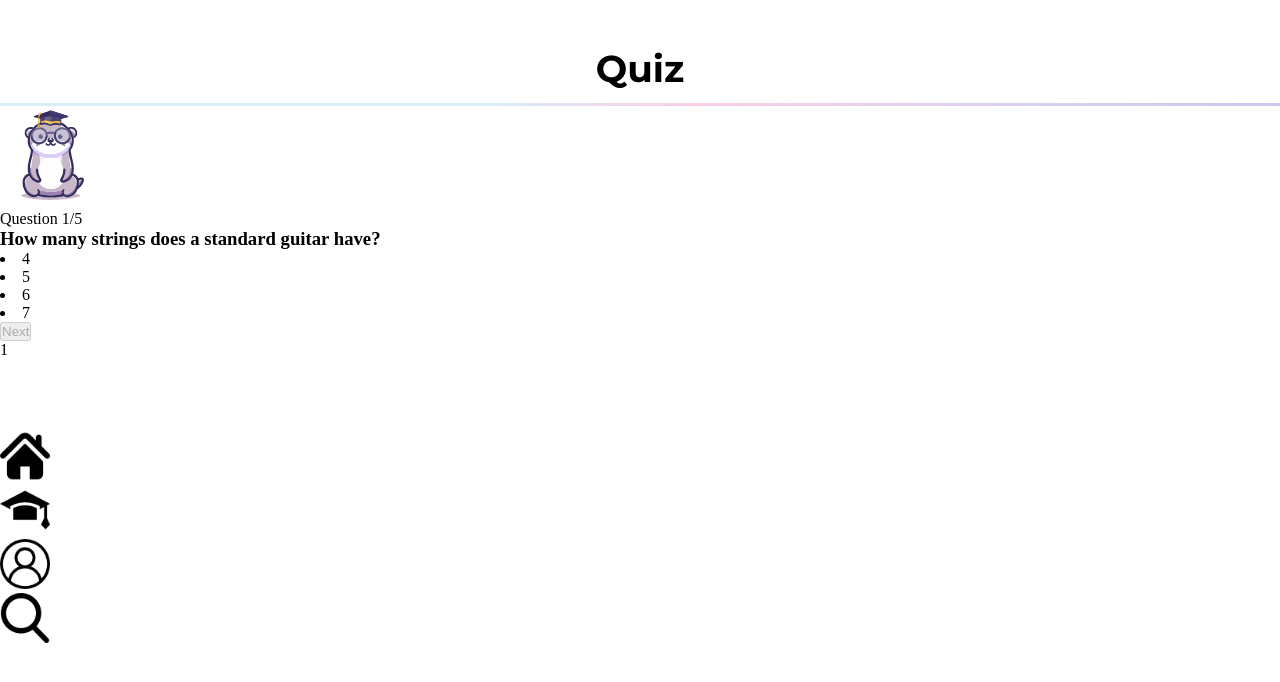
Repository: 1medi/pocketprof
Page: /quiz/page
These files come from the project's save history. The page is drawn as it stood at one moment and after the next save; the edit follows.
The browser window is 1280 px wide. The pictures show the whole page.
The project was rebuilt for these pictures with package versions that can differ from the ones it lists, and the page was loaded fresh each time. The framework's server and built-in components were replaced by stand-ins that run in the browser. Also part of the build but not shown: next.config.mjs, Components/Buttons/Oscar/Oscar.module.css, Components/Buttons/Oscar/index.js.

Above is the page before, as saved 2024-04-14 06:33:36.

### pages/quiz/page.jsx
'use client';
import React, { useState, useRef, useEffect } from 'react';
import { quiz } from "../data"
import styles from "./page.module.css"
import { Montserrat } from "next/font/google"
import Header from '@/Components/Header';
import NavBar from "@/Components/Navbar"
import Image from 'next/image';


const notoSans = Montserrat({
  subsets: ['latin'],
});

export default function Page() {
  const [activeQuestion, setActiveQuestion] = useState(0);
  const [selectedAnswer, setSelectedAnswer] = useState('');
  const [checked, setChecked] = useState(false);
  const [selectedAnswerIndex, setSelectedAnswerIndex] = useState(null);
  const [showResult, setShowResult] = useState(false);
  const [result, setResult] = useState({
    score: 0,
    correctAnswers: 0,
    wrongAnswers: 0,
  });
  const [progress, setProgress] = useState(0);

  const nextButtonRef = useRef(null);

  const { questions } = quiz;
  const { answers, correctAnswer } = questions[activeQuestion];

  const onAnswerSelected = (answer, idx, event = null) => {
    if (event && event.type === 'keydown' && (event.key !== 'Enter' && event.key !== ' ')) {
      return;
    }
    setChecked(true);
    setSelectedAnswerIndex(idx);
    if (answer === correctAnswer) {
      setSelectedAnswer(true);
      console.log('true');
    } else {
      setSelectedAnswer(false);
      console.log('false');
    }
  };


  useEffect(() => {
    if (checked && nextButtonRef.current) {
      nextButtonRef.current.focus();
    }
  }, [checked]);

  const nextQuestion = () => {
    setProgress((prevProgress) => (prevProgress + 1) % 5); // Change 5 to the total number of nested divs
    setSelectedAnswerIndex(null);
    setResult((prev) =>
      selectedAnswer
        ? {
            ...prev,
            score: prev.score + 5,
            correctAnswers: prev.correctAnswers + 1,
          }
        : {...prev,
            wrongAnswers: prev.wrongAnswers + 1,
          }
    );
    if (activeQuestion !== questions.length - 1) {
      setActiveQuestion((prev) => prev + 1);
    } else {
      setActiveQuestion(0);
      setShowResult(true);
    }
    setChecked(false);
  };

  return (
    <>
    <Header name="Quiz"/>
      <div className={`${styles.container}`}>
      <div className={styles.oscarBox}>
    <Image
      priority
      src="/img/oscar/oscar-main.svg"
      width="100"
      height="100"
      alt="oscar"
      className={styles.oscar}
    />
    {!showResult && (
      <div className={styles.activeQ}>
        Question {activeQuestion + 1}
        <span>/{questions.length}</span>
      </div>
    )}
  </div>
    </div>
      <div>
        {!showResult ? (
          <div className={styles.quizContainer}>
            <h3 className={styles.question}>{questions[activeQuestion].question}</h3>
            {answers.map((answer, idx) => (
              <li
                key={idx}
                onClick={() => onAnswerSelected(answer, idx)}
                onKeyDown={(event) => onAnswerSelected(answer, idx, event)}
                className={`${styles.answerList} ${selectedAnswerIndex === idx ? styles.itemSelected : styles.itemHover}`}
                tabIndex={0}>
                <span>{answer}</span>
              </li>
            ))}

            <button
              ref={nextButtonRef}
              onClick={nextQuestion}
              className={checked ? styles.btn : styles.btnDisabled}
              tabIndex={2}
              disabled={!checked}>
              {activeQuestion === questions.length - 1 ? 'Finish' : 'Next'}
            </button>
          </div>
        ) : (
          <div className={styles.quizContainer}>
            <div className={styles.result}><h3 className={styles.hthree}>Results</h3></div>
            <div><h2 className={styles.htwo}>Overall {(result.score / (questions.length * 5)) * 100}%</h2></div>
            <div className={styles.resultBox}>
              <p className={styles.paragraph}>
              Total Questions: <span>{questions.length}</span>
            </p>
            <p className={styles.paragraph}>
              Total Score: <span>{result.score}</span>
            </p>
            <p className={styles.paragraph}>
              Correct Answers: <span>{result.correctAnswers}</span>
            </p>
            <p className={styles.paragraph}>
              Wrong Answers: <span>{result.wrongAnswers}</span>
            </p>
            </div>
            <button className={styles.btn} onClick={() => window.location.reload()}>Restart</button>
          </div>
        )}
      </div>
      <div className={styles.progressBar}>
          <div className={styles.step} style={{ opacity: progress >= 0 ? 1 : 0 }}><p className={styles.barText}>1</p></div>
          <div className={styles.step} style={{ opacity: progress >= 1 ? 1 : 0 }}><p className={styles.barText}>2</p></div>
          <div className={styles.step} style={{ opacity: progress >= 2 ? 1 : 0 }}><p className={styles.barText}>3</p></div>
          <div className={styles.step} style={{ opacity: progress >= 3 ? 1 : 0 }}><p className={styles.barText}>4</p></div>
          <div className={styles.step} style={{ opacity: progress >= 4 ? 1 : 0 }}><p className={styles.barText}>5</p></div>
      </div>
    <NavBar/>
    </>

  );
};

### pages/api/chat-gpt/route.js
import { NextResponse } from "next/server";

export async function POST(request) {
  return NextResponse.json({
    name: "IT WORKS!!!",
  });
}

### styles/globals.css
:root {
background-color: white;
align-content: center;
--main-color-purple: #53239B;
--main-color-lightpurple: #CCBFED;
--secondary-color-blue: #9AB7F9;
--secondary-color-lightblue: #CCE3FB;

--font-header: 34pt ;
--font-section-header: 28pt;
--font-sub-header: 24pt;
--font-button: 16pt;
--font-body: 16pt;
--font-secondary: 14pt;
--font-tertiary:12pt;

--headings: "Montserrat", "sans-serif";;
--body-text: "Noto Sans", sans-serif;

}


* {
    padding: 0;
    margin: 0;
  }

  ol,
  ul {
    list-style: none;
  }

### pages/data.js
export const quiz = {
    totalQuestions: 5,
    questions: [
      {
        id: 1,
        question: 'How many strings does a standard guitar have?',
        answers: ['4', '5', '6', '7'],
        correctAnswer: '6',
      },
      {
        id: 2,
        question: 'Which part of the guitar do you strum or pluck the strings with?',
        answers: ['Headstock', 'Fretboard', 'Body', 'Bridge'],
        correctAnswer: 'Body',
      },
      {
        id: 3,
        question: 'What is a pick used for in playing the guitar?',
        answers: ['Holding the strings down', 'Strumming or plucking the strings', 'Keeping the guitar in tune', 'San Marino'],
        correctAnswer: 'Strumming or plucking the strings',
      },
      {
        id: 4,
        question: 'What is the name of the thickest string on the guitar?',
        answers: ['A string', 'E string', 'D string', 'G string'],
        correctAnswer: 'E string',
      },
      {
        id: 5,
        question: 'Where do you place your fingers to play different notes on the guitar?',
        answers: ['On the body', 'On the headstock', 'On the strings over the fretboard', 'On the tuning pegs'],
        correctAnswer: 'On the strings over the fretboard',
      },
    ],
  };

### pages/quiz/page.module.css

@media only screen and (max-width:431px) {
  .container{
  padding: 0;
  background-color: white;
  width: 95%;
  margin: auto;
  border-radius: 10px;
  font-size: var(--font-body);
  padding: 0;
}

.question{
  font-family: var(--body-text);
  font-size: var(--font-body);
  margin: 20px 10px;

}

.htwo {
  padding-bottom: 2rem;
  color: #000105;
  font-family: var(--headings);
  font-size: var(--font-sub-header);
}

.hthree {
  padding-bottom: 2rem;
  color: #000105;
  font-family: var(--headings);
  font-size: var(--font-sub-header);
  text-align: left;
}

.result{
  left:0;
  width:100%;
  border-bottom: 0.5px solid black;
  height: 40px;
  margin-bottom: 3rem;
}

.btn {
  padding: 16px 8px;
  width: 100%;
  margin-top: 12px;
  font-size: var(--font-button);
  border-radius: 5px;
  cursor: pointer;
  background-color: var(--main-color-purple);
  color: white;
  font-family: var(--headings);
  align-self: center;
}

.btnDisabled {
  background-color: lightgray;
  padding: 16px 8px;
  width: 100%;
  margin-top: 12px;
  font-size: var(--font-button);
  border-radius: 4px;
  color: darkgray;
  font-family: var(--headings);
}

.answerList {
  list-style-type: none;
  cursor: pointer;
  margin: 10px 50px;
  padding: 8px 15px;
  color: #000105;
  border: 1.5px solid lightgray;
  background-color: white;
  font-family: var(--body-text);
  font-size: var(--font-secondary);
  width: 70%;
}

.activeQ{
  margin: 5rem 12rem;
  position: absolute;
  top: 50%; /* center vertically */
  left: 50%; /* center horizontally */
  transform: translate(-50%, -50%); /* adjust precise centering */
  width: 100%;
  color: black;
  text-align: center;
  padding:10px;
  font-family: var(--headings);
  font-size: var(--font-sub-header)
}

.itemHover:hover {
  background-color: #CCBFED;
  columns: #fff;
}

.itemSelected {
  color: #474747;
  background-color:#8E71D5;
}

.quizContainer {
  background: linear-gradient(-10deg, #d9edf7 35%, rgba(237, 202, 216, 0) 50%, var(--main-color-lightpurple)), radial-gradient(circle, #ffcae1 0, #daeafc 100%);
  padding: 1rem;
  margin: 2rem 1rem;
  border-radius: 4px;
  display: flex;
  flex-direction: column;
  justify-content: center;
  align-items: center;

}

.paragraph {
  padding: 8px 0;
  font-size: var(--font-body);
  font-family: var(--body-text);
  margin: 10px;
  padding: 8px 50px 8px 10px;
  color: #000105;
  border-bottom: 1.5px solid lightgray;
  background-color: white;
  text-align: left;
}

.resultBox{
  background-color: white;
  padding: 2rem;
  width: fit-content;
  display: flex;
  flex-direction: column;
  align-self: center;
  border-radius: 10px;
  margin-bottom: 2rem;
}

.oscarBox {
  position: relative;
  width: 200px;
  height: 200px;
}

.oscar {
  display: block;
  width: 100%;
  height: auto;
}

.progressBar{
  display: flex;
  flex: row;
  border-radius: 5px;
  justify-content: space-evenly;
}

.step{
  background-color: var(--main-color-purple);
  transition: background-color 0.5s ease;
  height:3em;
  width: 10em;
  margin-right:30px;
  border-radius: 10px;
  text-align: center;
}

.barText{
  color:white;
}


}

### Components/Header/index.js
import styles from "@/Components/Header/Header.module.css"
import Link from "next/link"

export default function Header({name}){
  return (
    <>
    <header className={styles.header}>

      <h1 className={styles.headerTitle}>{name}</h1>
    </header>
    </>
  )
}

### Components/Navbar/index.js
import styles from "./Navbar.module.css"
import Oscar from "@/Components/Buttons/Oscar"
import Link from "next/link"
import Home from "@/public/img/home-icon-silhouette.png"
import Image from "next/image"
import Learn from "@/public/img/learn.png"
import Profile from "@/public/img/navuser.png"
import Search from "@/public/img/search.png"

export default function NavBar() {
  return (
    <nav className={styles.nav}>
      <div className={styles.navContainer}>
        <ul className={styles.navOptions}>
          <li className={styles.navLink}>
            <Link href={'/'} className={styles.navText}>
              <Image
              className={styles.image}
              src={Home}
              width={50}
              height={50}
              />
            </Link>
          </li>
          <li className={styles.navLink}>
            <Link href={'/Courses'} className={styles.navText}>
              <Image
              className={styles.image}
              src={Learn}
              width={50}
              height={50}
              />
            </Link>
          </li>
          <li className={styles.navLink}>
            <Link href={'/Profile'} className={styles.navText}>
              <Image
              className={styles.image}
              src={Profile}
              width={50}
              height={50}
              />
            </Link>
          </li>
          <li className={styles.navLink}>
            <Link href={'/QuizPage'} className={styles.navText}>
              <Image
              className={styles.image}
              src={Search}
              width={50}
              height={50}
              />

            </Link>
          </li>
        </ul>
      </div>
    </nav>
  )
}

### Components/Header/Header.module.css
.header{
  max-height: 400;
  height: 4rem;
  position: relative;
  padding: 1.3rem;
  backdrop-filter: blur(10px);
  justify-content: center;
  align-items: center;
  }

  .header::before {
    content: "";
    position: absolute;
    inset: 0;
    border-bottom: 3px solid transparent;
    background: linear-gradient(140deg,  #d9edf7 35%, rgba(237, 202, 216, 0) 50%, var(--main-color-lightpurple)), radial-gradient(circle, #ffcae1 0, #daeafc 100%) border-box;
    mask: linear-gradient(#fff 0 0) padding-box, linear-gradient(#fff 0 0);
    mask-composite: exclude;
  }


.headerTitle{
  text-align: center;
  margin:auto;
  display: flex;
  justify-content: center;
  color: black;
  padding-top: 25px;
  font-family: var(--headings);
  font-size: var(--font-section-header);
}

### Components/Navbar/Navbar.module.css
@media only screen and (max-width:430px) {
  .nav {
  position: fixed;
  bottom: 0;
  left: 0;
  width: 100%;
  display: flex;
  flex-direction: row;
  background-color:var(--main-color-lightpurple);
  justify-content: space-around;
}

.navContainer{
  position: relative;
  justify-content: space-around;
  width: 100%;
}
.buttonContainer{
  padding:10px;

}

.navOptions{
  display: flex;
  flex-direction: row;
  text-align: center;
  justify-content: space-around;
  padding: 10px;
  text-decoration: none;
}

.navLink{
  padding: 10px;
  border-radius: 10px;
  text-decoration: none;
  list-style: none;
  position: relative;
  justify-content: center;
}

.image:hover{
  background-color: #8b82a4;
}

.navText{
  text-decoration: none;
  list-style: none;
  color:black;
}

.navText:visited{
  text-decoration: none;
  list-style: none;
  color: black;
}

.oscar{
  position:relative
}
}

Loaded but not shown: pages/_app.js (common file); pages/_document.js (common file); pages/api/hello.js (common file); pages/api/askOscar.js (no copy from this time; the picture is the same without it); pages/api/chat.js (no copy from this time; the picture is the same without it); pages/api/image.js (no copy from this time; the picture is the same without it)

After the next save:
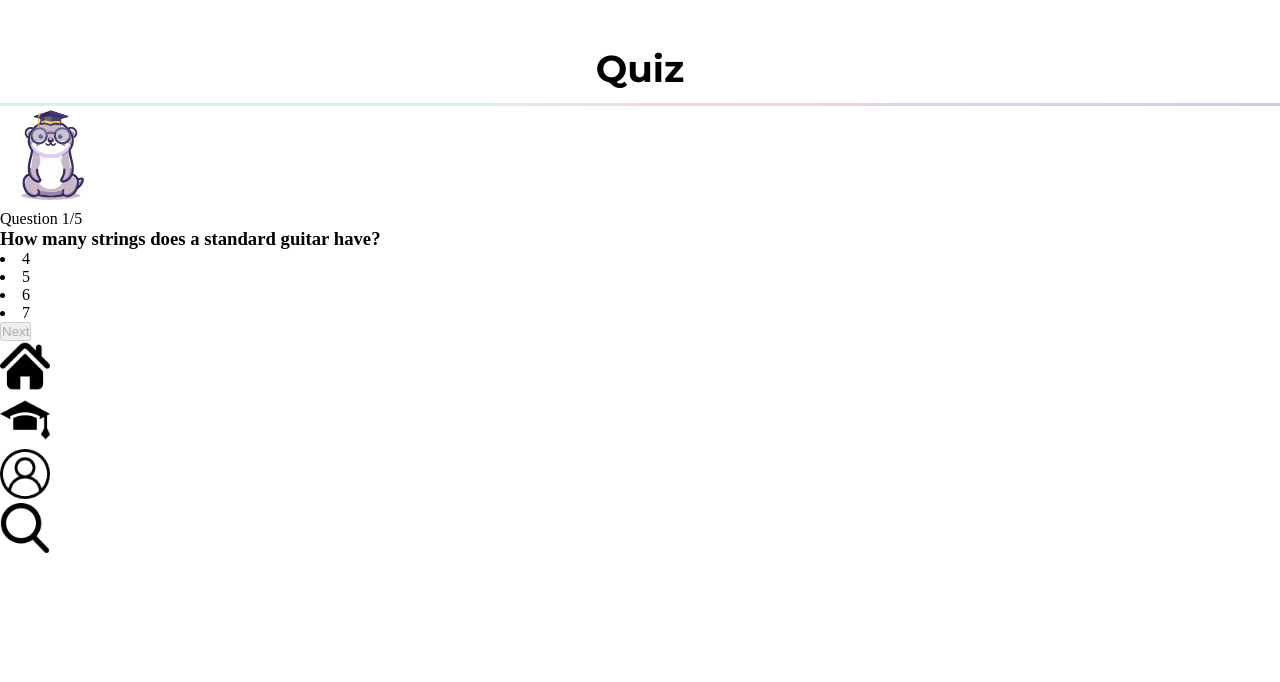
Saved 40 s later.
--- a/pages/quiz/page.jsx
+++ b/pages/quiz/page.jsx
@@ -143,11 +143,11 @@ export default function Page() {
         )}
       </div>
       <div className={styles.progressBar}>
-          <div className={styles.step} style={{ opacity: progress >= 0 ? 1 : 0 }}><p className={styles.barText}>1</p></div>
-          <div className={styles.step} style={{ opacity: progress >= 1 ? 1 : 0 }}><p className={styles.barText}>2</p></div>
-          <div className={styles.step} style={{ opacity: progress >= 2 ? 1 : 0 }}><p className={styles.barText}>3</p></div>
-          <div className={styles.step} style={{ opacity: progress >= 3 ? 1 : 0 }}><p className={styles.barText}>4</p></div>
-          <div className={styles.step} style={{ opacity: progress >= 4 ? 1 : 0 }}><p className={styles.barText}>5</p></div>
+          <div className={styles.step} style={{ opacity: progress >= 0 ? 1 : 0 }}><p className={styles.barText}></p></div>
+          <div className={styles.step} style={{ opacity: progress >= 1 ? 1 : 0 }}><p className={styles.barText}></p></div>
+          <div className={styles.step} style={{ opacity: progress >= 2 ? 1 : 0 }}><p className={styles.barText}></p></div>
+          <div className={styles.step} style={{ opacity: progress >= 3 ? 1 : 0 }}><p className={styles.barText}></p></div>
+          <div className={styles.step} style={{ opacity: progress >= 4 ? 1 : 0 }}><p className={styles.barText}></p></div>
       </div>
     <NavBar/>
     </>
